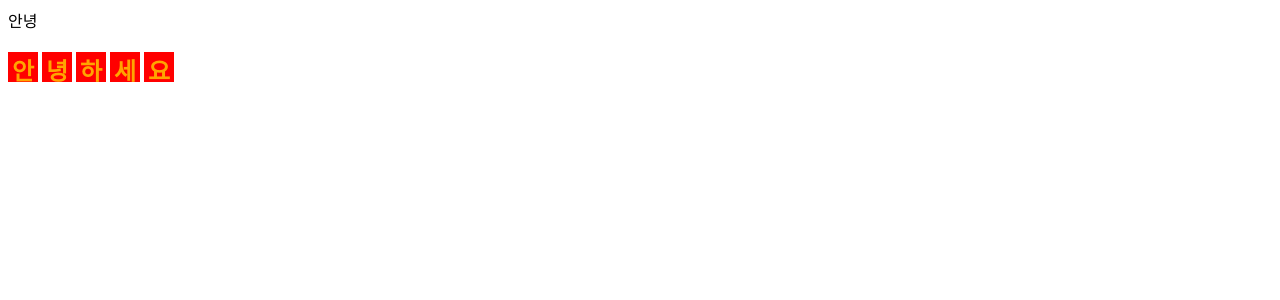
Repository: buildadoor/eclipse
Page: frontWeb/src/main/webapp/z01_homework/a08_answer.html
The author's editor kept a copy of each file at every save. The page is drawn from the files as they stood at one save, then again after the next save.
The browser window is 1280 px wide. The pictures show the whole page.

Above is the page before, as saved 2022-11-10 01:07:59.

### frontWeb/src/main/webapp/z01_homework/a08_answer.html
<!DOCTYPE html>
<html>
<head>
<meta charset="UTF-8">
<title>Insert title here</title>
<style type="text/css">
div#bnt01{ border:2px solid yellow;
				border-radius:10x;
				box-shadow:3px 3px 5px blue;
				text-align:center;
				padding:20px;
				width:50px;height:10px;background:navy;color:white;
				}
div.pos01>h2{ background:red;color:orange;width:30px;height:30px;
				display:inline-block; text-align:center;
				}
h2.up:hover{position:relative;bottom:10px;right:10px;background:navy;}
h2.down:hover{position:relative;top:10px;left:10px;background:navy;}
div#product{
	width:70%;height:300px;background:yellow;
}
</style>
</head>
<body>
<div class="bnt01">안녕</div>
<div class="pos01">
<h2 class="up">안</h2>
<h2 class="down">녕</h2>
<h2 class="up">하</h2>
<h2 class="down">세</h2>
<h2 class="up">요</h2>
</div>

</body>
</html>

After the next save:
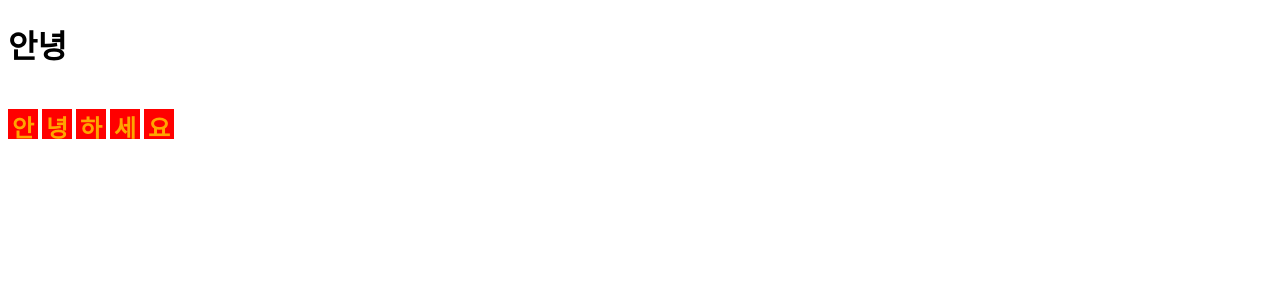
Saved 36 s later.
--- a/frontWeb/src/main/webapp/z01_homework/a08_answer.html
+++ b/frontWeb/src/main/webapp/z01_homework/a08_answer.html
@@ -22,7 +22,10 @@ div#product{
 </style>
 </head>
 <body>
-<div class="bnt01">안녕</div>
+
+<div class="bnt01">
+<h1>안녕</h1>
+</div>
 <div class="pos01">
 <h2 class="up">안</h2>
 <h2 class="down">녕</h2>
